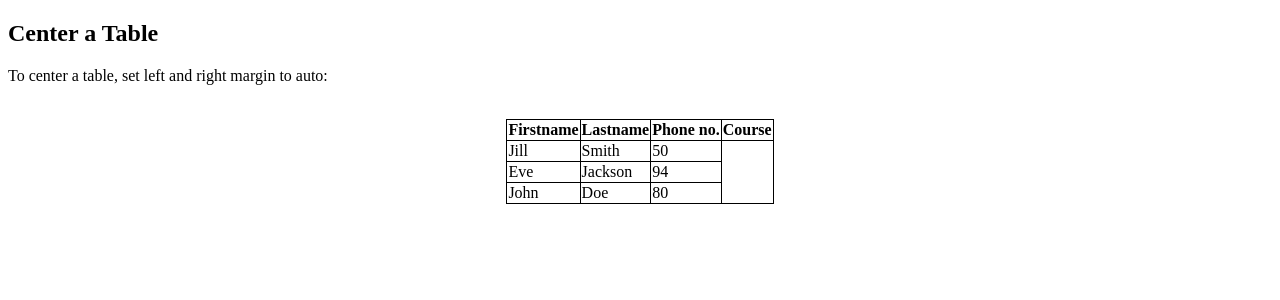
Repository: MriOj/OnlineExamPortal
Page: http://localhost/ExamPortal/reportcard.jsp
An editor plug-in stored every save of this project. The page is shown before and after the next save, followed by the edit.
The browser window is 1280 px wide. The pictures show the whole page.
The page is served by Tomcat 9. Other server files are loaded and not shown.

Above is the page before, as saved 2021-09-05 05:07:26.

### ExamPortal/src/main/webapp/reportcard.jsp
<%@ page language="java" contentType="text/html; charset=ISO-8859-1"
    pageEncoding="ISO-8859-1"%>
<!DOCTYPE html>
<html>
<head>
<meta name="viewport" content="width=device-width, initial-scale=1">
<style>
table, th, td {
  border: 1px solid black;
  border-collapse: collapse;
}

table.center {
  margin-left: auto;
  margin-right: auto;
}
</style>
</head>
<body>

<h2>Center a Table</h2>
<p>To center a table, set left and right margin to auto:</p>

<table class="center">
 <tr>
    <th>Firstname</th>
    <th>Lastname</th>
    <th>Phone no.</th>
	<th>Course</th>
  </tr>
  <tr>
    <td>Jill</td>
    <td>Smith</td>
    <td>50</td>
  </tr>
  <tr>
    <td>Eve</td>
    <td>Jackson</td>
    <td>94</td>
  </tr>
  <tr>
    <td>John</td>
    <td>Doe</td>
    <td>80</td>
  </tr>
</table>

</body>
</html>

After the next save:
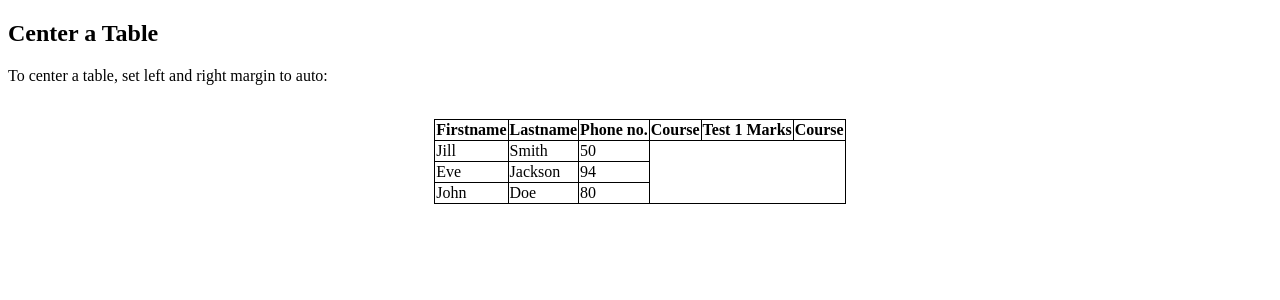
Saved 23 s later.
--- a/ExamPortal/src/main/webapp/reportcard.jsp
+++ b/ExamPortal/src/main/webapp/reportcard.jsp
@@ -27,6 +27,8 @@ table.center {
     <th>Lastname</th>
     <th>Phone no.</th>
 	<th>Course</th>
+	<th>Test 1 Marks</th>
+	<th>Course</th>
   </tr>
   <tr>
     <td>Jill</td>
